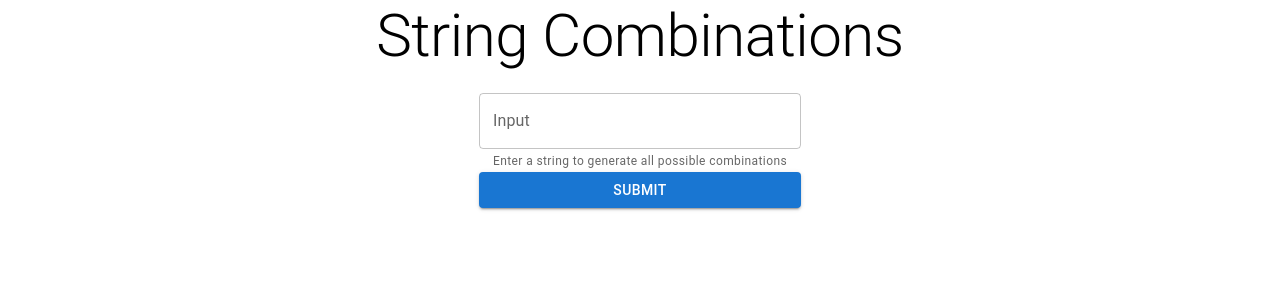
Repository: zfranke/WordScramble-Web
Page: / (app in wordscrambler-web/)
The author's editor kept a copy of each file at every save. The page is drawn from the files as they stood at one save, then again after the next save.
The browser window is 1280 px wide. The pictures show the whole page.
The project was rebuilt for these pictures with package versions that can differ from the ones it lists, and the page was loaded fresh each time.

Above is the page before, as saved 2022-12-27 12:03:49.

### wordscrambler-web/src/App.js
import React, { useState } from 'react';
import nlp from 'compromise';
import { Button, FormControl, FormHelperText, Input, List, ListItem, TextField, Grid, Typography } from '@mui/material';

function App() {
  const [input, setInput] = useState('');
  const [combinations, setCombinations] = useState([]);

  function handleChange(event) {
    setInput(event.target.value);
  }

  function handleSubmit(event) {
    event.preventDefault();
    const combinations = getCombinations(input);
    const sortedCombinations = combinations.sort((a, b) => {
      const aScore = nlp(a).sentences().toNegative().sentences().out('text');
      const bScore = nlp(b).sentences().toNegative().sentences().out('text');
      return aScore.length - bScore.length;
    });
    setCombinations(sortedCombinations);
  }

  function getCombinations(str) {
    const results = [];
    if (str.length === 1) {
      results.push(str);
      return results;
    }
    for (let i = 0; i < str.length; i++) {
      const firstChar = str[i];
      const charsLeft = str.substring(0, i) + str.substring(i + 1);
      const innerPermutations = getCombinations(charsLeft);
      for (let j = 0; j < innerPermutations.length; j++) {
        results.push(firstChar + innerPermutations[j]);
      }
    }
    return results;
  }

  return (
    //Create a centered input form with a output grid
    <>


    <Grid container justifyContent="center" alignItems="center" direction="column">

      <Typography variant="h2" component="h2" gutterBottom>
        String Combinations
      </Typography>
      <form onSubmit={handleSubmit}>
        <FormControl>
          <TextField
            id="input"
            label="Input"
            value={input}
            onChange={handleChange}
            helperText="Enter a string to generate all possible combinations"
          />
          <Button type="submit" variant="contained">Submit</Button>
        </FormControl>
      </form>
      <Grid container justifyContent="center" alignItems="center" direction="column">
        <List>
          {combinations.map((combination, index) => (
            <ListItem key={index}>{combination}</ListItem>
          ))}
        </List>
      </Grid>
    </Grid>
    </>


  );
}

export default App;

Loaded but not shown: wordscrambler-web/public/index.html (common file); wordscrambler-web/src/index.js (common file); wordscrambler-web/src/index.css (common file)

After the next save:
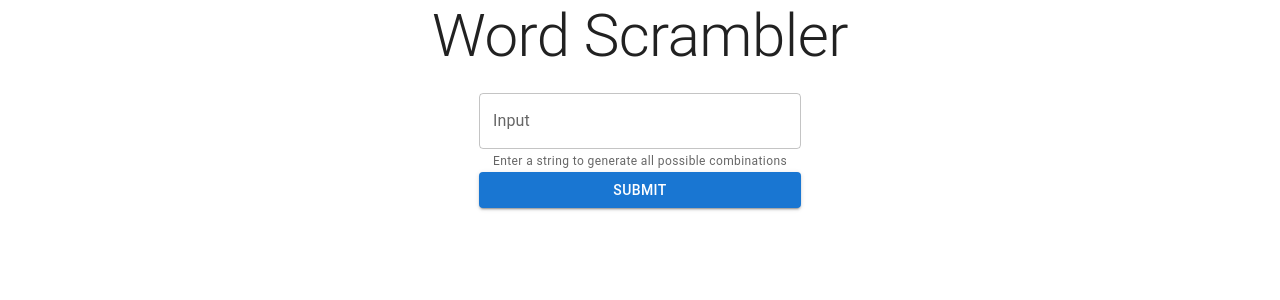
Saved 99 s later.
--- a/wordscrambler-web/src/App.js
+++ b/wordscrambler-web/src/App.js
@@ -45,8 +45,8 @@ function App() {
 
     <Grid container justifyContent="center" alignItems="center" direction="column">
 
-      <Typography variant="h2" component="h2" gutterBottom>
-        String Combinations
+      <Typography color="textPrimary" variant="h2" component="h2" gutterBottom>
+        Word Scrambler
       </Typography>
       <form onSubmit={handleSubmit}>
         <FormControl>
